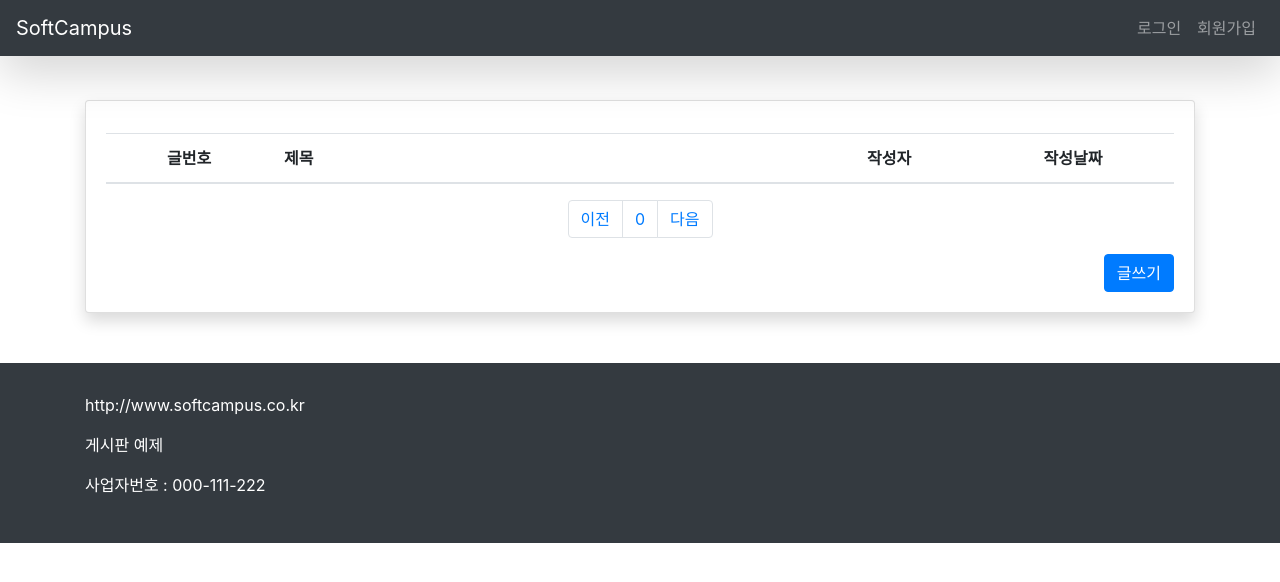
Repository: Wunhyeon/SpringMVC
Page: http://localhost/MiniProjectJava/WEB-INF/views/board/main.jsp
An editor plug-in stored every save of this project. The page is shown before and after the next save, followed by the edit.
The browser window is 1280 px wide. The pictures show the whole page.
The page is served by Tomcat 9. Nobody is signed in. Other server files are loaded and not shown. The template is opened directly, without the code that normally fills it, so the values that code supplies are empty.

Above is the page before, as saved 2020-09-10 07:20:31.

### MiniProjectJava/WebContent/WEB-INF/views/board/main.jsp
<%@ page language="java" contentType="text/html; charset=UTF-8"
    pageEncoding="UTF-8"%>
<%@ taglib prefix="c" uri="http://java.sun.com/jsp/jstl/core" %>
<c:set var="root" value="${pageContext.request.contextPath }/"></c:set>

<!DOCTYPE html>
<html>
<head>
<meta charset="UTF-8">
<meta name="viewport" content="width=device-width, initial-scale=1">
<title>미니 프로젝트</title>
<!-- Bootstrap CDN -->
<link rel="stylesheet" href="https://maxcdn.bootstrapcdn.com/bootstrap/4.1.0/css/bootstrap.min.css">
<script src="https://ajax.googleapis.com/ajax/libs/jquery/3.3.1/jquery.min.js"></script>
<script src="https://cdnjs.cloudflare.com/ajax/libs/popper.js/1.14.0/umd/popper.min.js"></script>
<script src="https://maxcdn.bootstrapcdn.com/bootstrap/4.1.0/js/bootstrap.min.js"></script>
</head>
<body>

<!-- 상단 메뉴 부분 -->
<c:import url="/WEB-INF/views/include/top_menu.jsp"></c:import>
<!-- 게시글 리스트 -->
<div class="container" style="margin-top:100px">
	<div class="card shadow">
		<div class="card-body">
			<h4 class="card-title">${requestScope.boardInfoName }</h4>
			<table class="table table-hover" id='board_list'>
				<thead>
					<tr>
						<th class="text-center d-none d-md-table-cell">글번호</th>
						<th class="w-50">제목</th>
						<th class="text-center d-none d-md-table-cell">작성자</th>
						<th class="text-center d-none d-md-table-cell">작성날짜</th>
					</tr>
				</thead>
				<tbody>
					<c:forEach items="${contentList }" var="content">
						<tr>
						<td class="text-center d-none d-md-table-cell">${content.content_idx }</td>
						<td><a href='${root }board/read?board_info_idx=${board_info_idx}&content_idx=${content.content_idx}'>${content.content_subject }</a></td>
						<td class="text-center d-none d-md-table-cell">${content.content_writer_name }</td>
						<td class="text-center d-none d-md-table-cell">${content.content_date }</td>
					</tr>
					</c:forEach>


				</tbody>
			</table>

			<div class="d-none d-md-block">
				<ul class="pagination justify-content-center">
					<li class="page-item">
						<a href="${root }board/main?board_info_idx=${board_info_idx}&page=${pageBean.prevPage}" class="page-link">이전</a>
					</li>
					<c:forEach var="idx" begin="${pageBean.min }" end="${pageBean.max }">
						<li class="page-item">
							<a href="${root }board/main?board_info_idx=${board_info_idx}&page=${idx}" class="page-link">${idx }</a>
						</li>
					</c:forEach>


					<li class="page-item">
						<a href="${root }board/main?board_info_idx=${board_info_idx}&page=${pageBean.nextPage}" class="page-link">다음</a>
					</li>
				</ul>
			</div>

			<div class="d-block d-md-none">
				<ul class="pagination justify-content-center">
					<li class="page-item">
						<a href="#" class="page-link">이전</a>
					</li>
					<li class="page-item">
						<a href="${root }board/main?board_info_idx=${board_info_idx}&page=${pageBean.nextPage}" class="page-link">다음</a>
					</li>
				</ul>
			</div>

			<div class="text-right">
				<a href="${root }board/write?board_info_idx=${board_info_idx}" class="btn btn-primary">글쓰기</a>
			</div>

		</div>
	</div>
</div>

<c:import url="/WEB-INF/views/include/bottom_info.jsp"></c:import>
</body>
</html>

### MiniProjectJava/WebContent/WEB-INF/views/include/top_menu.jsp
<%@ page language="java" contentType="text/html; charset=UTF-8"
	pageEncoding="UTF-8"%>
<%@ taglib prefix="c" uri="http://java.sun.com/jsp/jstl/core"%>
<%-- <c:url var='root' value='/'></c:url> --%>
<c:set var="root" value="${pageContext.request.contextPath }/"></c:set>

<!-- 상단 메뉴 부분 -->
<nav
	class="navbar navbar-expand-md bg-dark navbar-dark fixed-top shadow-lg">
	<a class="navbar-brand" href="${root }main">SoftCampus</a>
	<button class="navbar-toggler" type="button" data-toggle="collapse"
		data-target="#navMenu">
		<span class="navbar-toggler-icon"></span>
	</button>
	<div class="collapse navbar-collapse" id="navMenu">
		<ul class="navbar-nav">
			<c:forEach var="obj" items="${topMenuList }">
				<a href="${root }board/main?board_info_idx=${obj.board_info_idx}"
					class="nav-link">${obj.board_info_name }</a>
			</c:forEach>


		</ul>

		<ul class="navbar-nav ml-auto">
			<c:choose>
				<c:when test="${loginUserBean.userLogin == true }">
					<li class="nav-item"><a href="${root }user/modify"
						class="nav-link">정보수정</a></li>
					<li class="nav-item"><a href="${root }user/logout"
						class="nav-link">로그아웃</a></li>
				</c:when>
				<c:otherwise>
					<li class="nav-item"><a href="${root }user/login"
						class="nav-link">로그인</a></li>
					<li class="nav-item"><a href="${root }user/join"
						class="nav-link">회원가입</a></li>
				</c:otherwise>
			</c:choose>


		</ul>
	</div>
</nav>

### MiniProjectJava/WebContent/WEB-INF/views/include/bottom_info.jsp
<%@ page language="java" contentType="text/html; charset=UTF-8"
    pageEncoding="UTF-8"%>
<div class="container-fluid bg-dark text-white" style="margin-top:50px;padding-top:30px;padding-bottom:30px">
	<div class="container">
		<p>http://www.softcampus.co.kr</p>
		<p>게시판 예제</p>
		<p>사업자번호 : 000-111-222</p>
	</div>
</div>

After the next save:
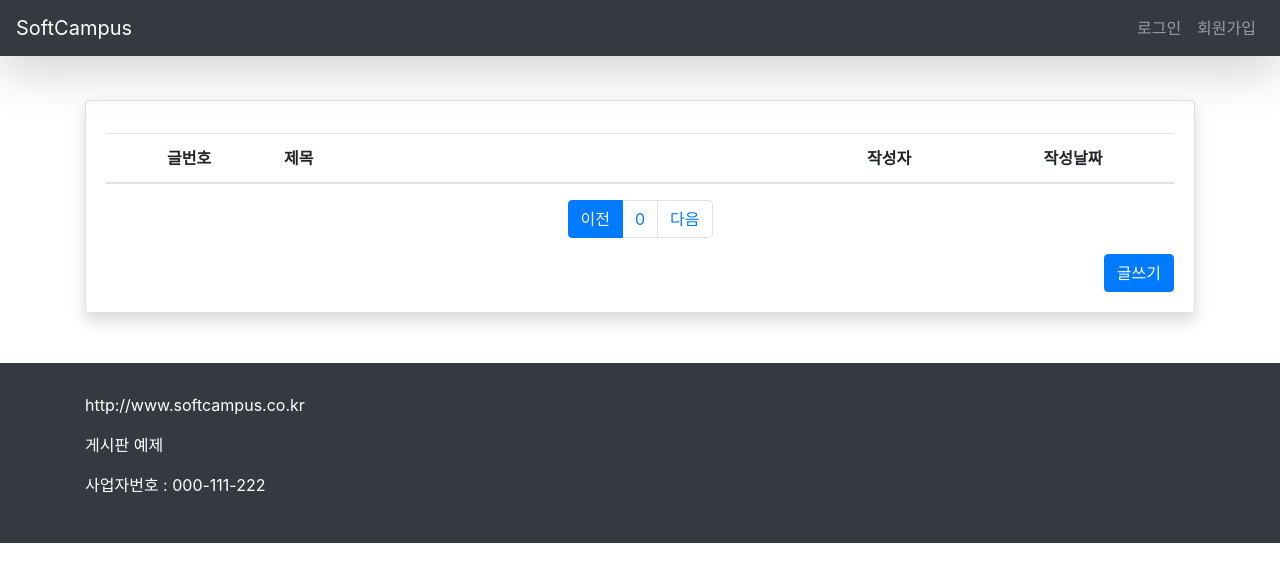
Saved 119 s later.
--- a/MiniProjectJava/WebContent/WEB-INF/views/board/main.jsp
+++ b/MiniProjectJava/WebContent/WEB-INF/views/board/main.jsp
@@ -49,7 +49,7 @@
 
 			<div class="d-none d-md-block">
 				<ul class="pagination justify-content-center">
-					<li class="page-item">
+					<li class="page-item active">
 						<a href="${root }board/main?board_info_idx=${board_info_idx}&page=${pageBean.prevPage}" class="page-link">이전</a>
 					</li>
 					<c:forEach var="idx" begin="${pageBean.min }" end="${pageBean.max }">
